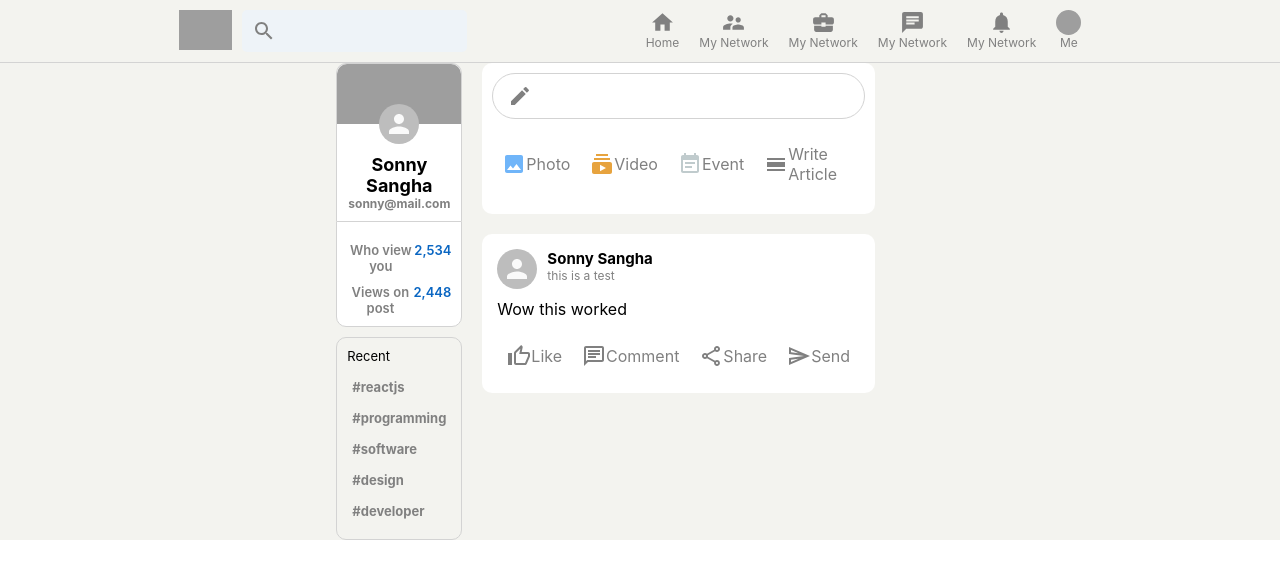
Repository: joaogamarra/linkedin-clone
Page: /
The author's editor kept a copy of each file at every save. The page is drawn from the files as they stood at one save, then again after the next save.
The browser window is 1280 px wide. The pictures show the whole page.
Pictures or frames that could not be fetched are drawn as grey boxes. The project was rebuilt for these pictures with package versions that can differ from the ones it lists, and the page was loaded fresh each time.

Above is the page before, as saved 2021-02-19 14:39:56.

After the next save:
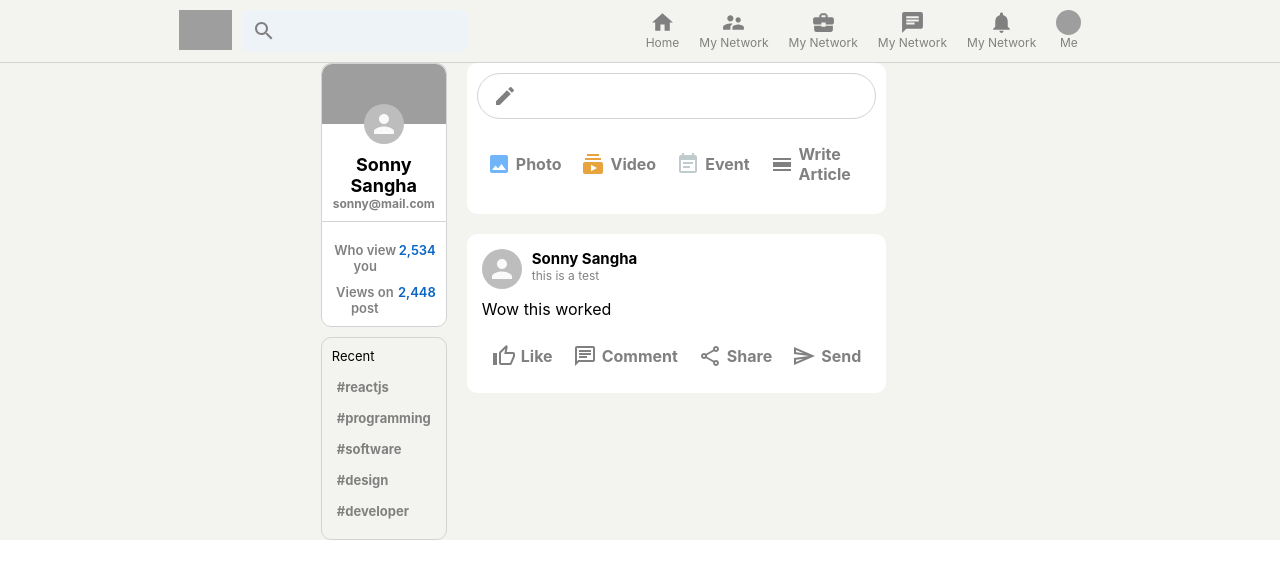
Saved 29 s later.
--- a/src/components/feed/InputOption.js
+++ b/src/components/feed/InputOption.js
@@ -4,7 +4,7 @@ const InputOption = ({ Icon, title, color }) => {
 	return (
 		<div className='inputOption'>
 			<Icon style={{ color: color }} />
-			{title}
+			<h4>{title}</h4>
 		</div>
 	)
 }
